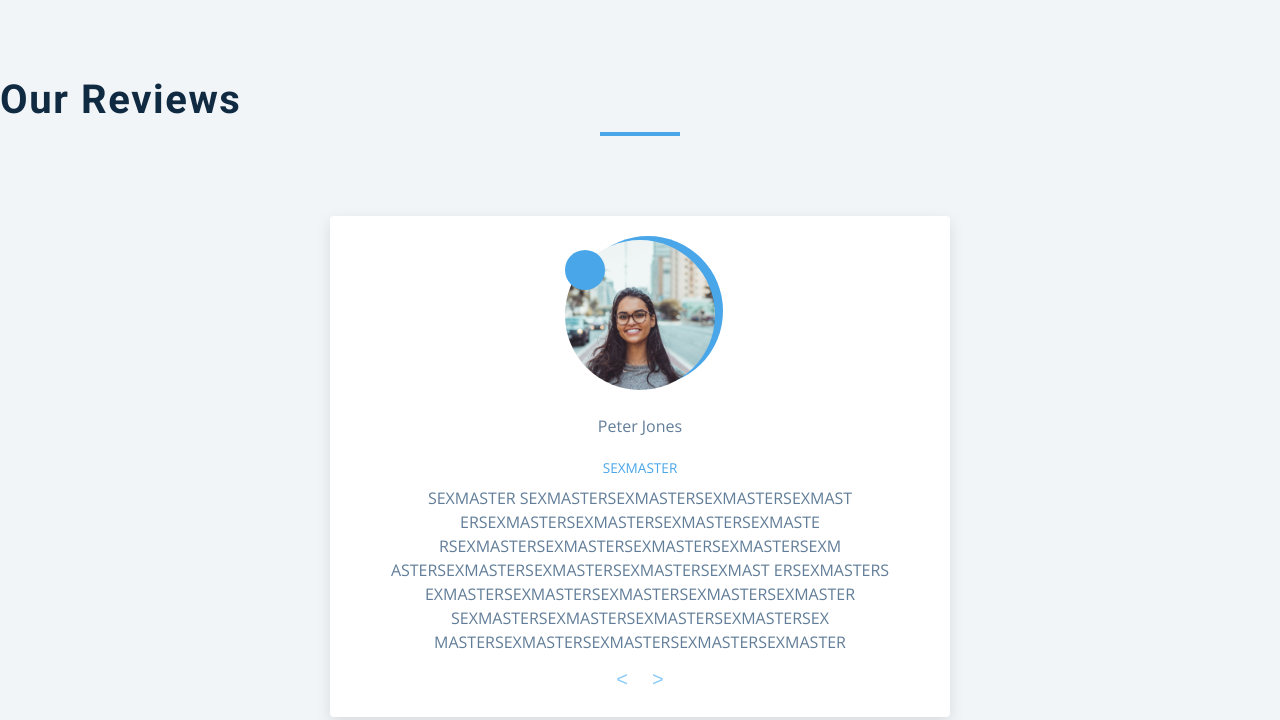
Repository: hseunghwan/practice-vanilla-javascript
Page: Carousel/Carousel.html
These files come from the project's save history. The page is drawn as it stood at one moment and after a run of saves; the edit follows.
The browser window is 1280 px wide. The pictures show the whole page.

Above is the page before, as saved 2023-05-10 20:43:47.

After the next 2 saves:
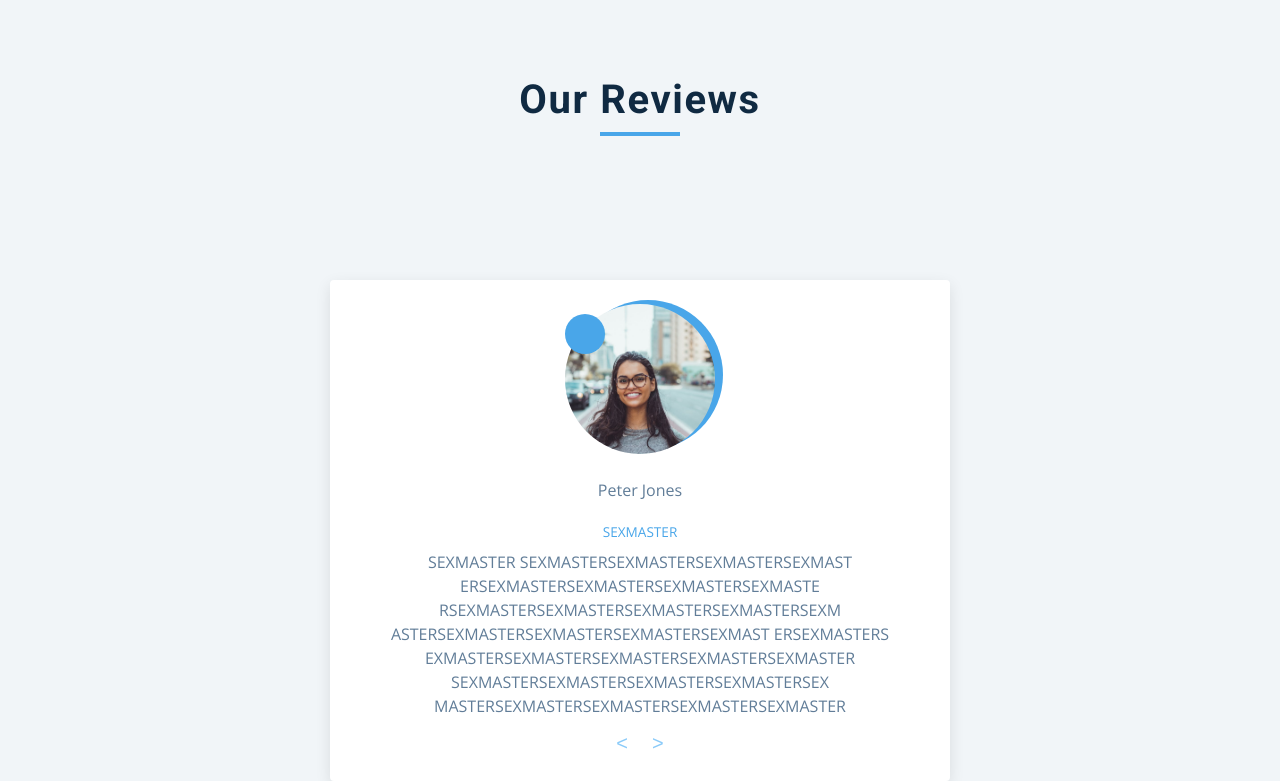
The 2 saves are shown as one change because they came seconds apart.
The last was saved 27 s later.
--- a/Carousel/Carousel.html
+++ b/Carousel/Carousel.html
@@ -7,8 +7,10 @@
     </head>
     <body>
         <div class="section">
-            <h2>Our Reviews</h2>
-            <div class="underline"></div>
+            <div class="title">
+                <h2>Our Reviews</h2>
+                <div class="underline"></div>
+            </div>
         </div>
         <div class="container section-center">
             <div class="main">
